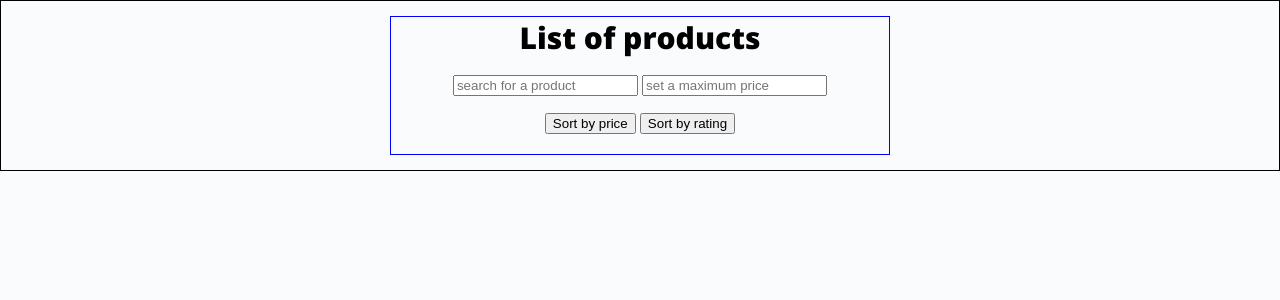
Repository: andrii1/hyf-homework
Page: javascript/javascript2/week2/hyf-bay/index.html
The author's editor kept a copy of each file at every save. The page is drawn from the files as they stood at one save, then again after the next save.
The browser window is 1280 px wide. The pictures show the whole page.

Above is the page before, as saved 2022-07-06 12:22:08.

### javascript/javascript2/week2/hyf-bay/index.html
<head>
  <title>HyfBay - list of products</title>
  <meta name="viewport" content="width=device-width, initial-scale=1" />
  <link rel="stylesheet" type="text/css" href="main.css" />
  <link
    href="https://fonts.googleapis.com/css?family=Open+Sans:400,800"
    rel="stylesheet"
  />
</head>

<body>
  <main>
    <section class="box-products">
      <h1>List of products</h1>
      <form action="#" class="form">
        <input type="text" id="search" placeholder="search for a product" />
        <input
          type="text"
          id="maximumPrice"
          placeholder="set a maximum price"
        />
      </form>
      <button id="price-sort">Sort by price</button>
      <button id="rating-sort">Sort by rating</button>
      <ul id="list"></ul>
    </section>
  </main>
  <script src="hyfBayHelpers.js"></script>
  <script src="main.js"></script>
</body>

### javascript/javascript2/week2/hyf-bay/main.css
body {
    font-family: "Open Sans", sans-serif;
    background-color: #F9FBFD;
}

* {
    box-sizing: border-box;
}

body, h1, h2 {
    margin: 0;
}

h1 {
  font-size: 30px;
}

h2 {
  font-size: 24px;
}

ul {
    list-style-type: none;
    margin: 0;
    padding: 10;
}

main {
  display: flex;
  align-items: center;
  justify-content: center;
  padding:15;
  align-items: center;
  border: 1px solid black;
}

.box-products {
  width: 500px;
  border: 1px solid blue;
  text-align: center
}

form {
  margin: 15 0;
}

### javascript/javascript2/week2/hyf-bay/hyfBayHelpers.js
/* DONT MODIFY ANY OF THIS CODE!!!*/

window.getAvailableProducts = function () {
  function getRandomInt(min, max) {
    min = Math.ceil(min);
    max = Math.floor(max);
    return Math.floor(Math.random() * (max - min + 1)) + min;
  }

  function getRandomItem(availableProductNames) {
    return availableProductNames[
      getRandomInt(0, availableProductNames.length - 1)
    ];
  }

  function getRandomProductname() {
    const preWords = [
      "Used",
      "Fantastic",
      '"Used"',
      "Broken",
      "Beautiful",
      "Wet",
      "Green",
      "Sloppy",
      "Dirty",
    ];
    const productNames = [
      "Carrot",
      "Drone",
      "Giftcard",
      "Puppy",
      "Car",
      "Shirt",
      "Milk",
      "Chalk",
      "Fish fingers",
      "Socks",
      "Chocolate",
      "Toothbrush",
      "Computer",
      "Nokia",
      "Cologne",
    ];

    let chosenProductName = getRandomItem(productNames);
    const shouldHavePreWord = getRandomInt(0, 10) > 6;

    if (shouldHavePreWord) {
      const preWord = preWords[getRandomInt(0, preWords.length - 1)];
      chosenProductName = `${preWord} ${chosenProductName}`;
    }

    return chosenProductName;
  }

  const numberOfAvailableProducts = getRandomInt(0, 30);
  const availableProducts = Array.apply(
    null,
    Array(numberOfAvailableProducts)
  ).map(() => {
    const name = getRandomProductname();
    return {
      id: `${name}${getRandomInt(0, 100000)}`,
      name,
      price: getRandomInt(0, 10000),
      rating: getRandomInt(1, 10),
    };
  });

  return availableProducts;
};

### javascript/javascript2/week2/hyf-bay/main.js
console.log("Script loaded");
const products = getAvailableProducts();
console.log(products);
let clickCount = 0;
let clickCountRating = 0;
const searchInput = document.getElementById("search");
const maximumPriceInput = document.getElementById("maximumPrice");
const buttonSortPrice = document.getElementById("price-sort");
const buttonSortRating = document.getElementById("rating-sort");
searchInput.addEventListener("input", filterProducts);
maximumPriceInput.addEventListener("input", filterProductsByPrice);
buttonSortPrice.addEventListener("click", sortProductsByPrice);
buttonSortRating.addEventListener("click", sortProductsByRating);
function filterProducts(event) {
  const filteredProducts = products.filter((product) =>
    product.name.toLowerCase().includes(event.target.value)
  );
  renderProducts(filteredProducts);
}

function filterProductsByPrice(event) {
  const filteredProducts = products.filter(
    (product) => product.price < event.target.value
  );
  renderProducts(filteredProducts);
}

function sortProductsByPrice() {
  if (clickCount % 2 == 0) {
    const sortedProducts = products.sort((a, b) => a.price - b.price);
    renderProducts(sortedProducts);
  } else {
    const sortedProducts = products.sort((a, b) => b.price - a.price);
    renderProducts(sortedProducts);
  }

  clickCount++;
}

function sortProductsByRating() {
  if (clickCountRating % 2 == 0) {
    const sortedProducts = products.sort((a, b) => a.rating - b.rating);
    renderProducts(sortedProducts);
  } else {
    const sortedProducts = products.sort((a, b) => b.rating - a.rating);
    renderProducts(sortedProducts);
  }

  clickCountRating++;
}

const list = document.querySelector("#list");

function renderProducts(products) {
  // your code here
  list.innerHTML = "";
  for (let i = 0; i < products.length; i++) {
    const listItem = document.createElement("li");
    const name = document.createElement("h2");
    const price = document.createElement("p");
    const rating = document.createElement("p");
    name.innerHTML = products[i].name;
    price.innerHTML = `price: ${products[i].price}`;
    rating.innerHTML = `rating: ${products[i].rating}`;
    list.appendChild(listItem);
    list.appendChild(name);
    list.appendChild(price);
    list.appendChild(rating);
  }
}

//renderProducts(products); // This should create the ul and the li's with the individual products details

After the next save:
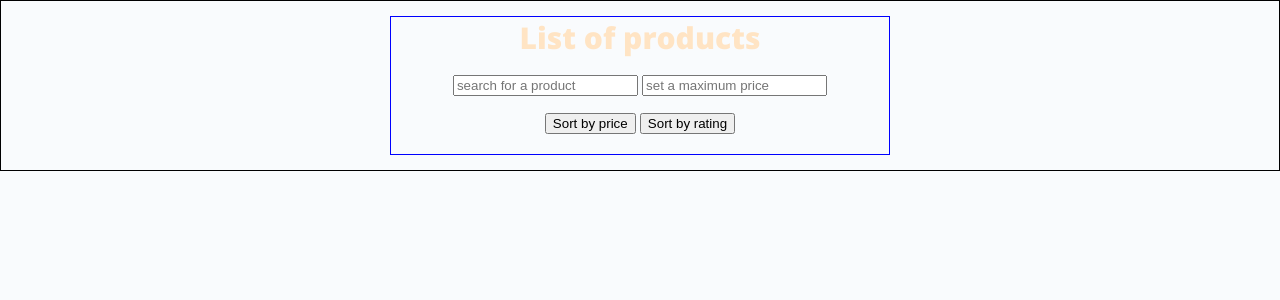
Saved 5 min 47 s later.
--- a/javascript/javascript2/week2/hyf-bay/main.css
+++ b/javascript/javascript2/week2/hyf-bay/main.css
@@ -13,6 +13,7 @@ body, h1, h2 {
 
 h1 {
   font-size: 30px;
+  color: bisque;
 }
 
 h2 {
